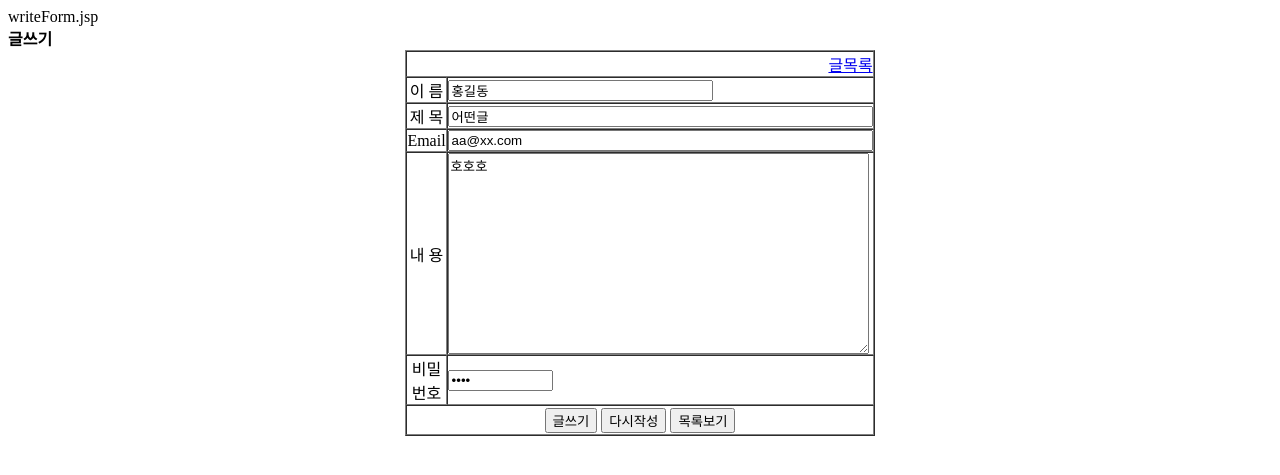
Repository: uj06134/Metabuild_JSP
Page: http://localhost/06_Board/writeForm.jsp
The author's editor kept a copy of each file at every save. The page is drawn from the files as they stood at one save, then again after the next save.
The browser window is 1280 px wide. The pictures show the whole page.
The page is served by Tomcat 9. Other server files are loaded and not shown.

Above is the page before, as saved 2025-09-15 03:12:01.

### 06_Board/src/main/webapp/writeForm.jsp
<%@ page language="java" contentType="text/html; charset=UTF-8"
    pageEncoding="UTF-8"%>

writeForm.jsp<br>

<b>글쓰기</b> <br>
		<form method="post" name="writeform" action="writePro.jsp" onsubmit="return writeSave()">
			<table width="450" border="1" cellspacing="0" cellpadding="0" align="center">
				<tr>
					<td align="right" colspan="2">
						<a href="list.jsp"> 글목록</a>
					</td>
				</tr>
				<tr>
					<td width="150" align="center">이 름</td>
					<td width="300" align="left">
					<input type="text" size="30" maxlength="10"	name="writer" value="홍길동">
					</td>
				</tr>

				<tr>
					<td width="150" align="center">제 목</td>
					<td width="300" align="left">
						<input type="text" size="50" maxlength="50" name="subject"
								value="어떤글">
					</td>
				</tr>

				<tr>
					<td width="150" align="center">Email</td>
					<td width="300" align="left">
					<input type="text" size="50" maxlength="30"	name="email"
							value="aa@xx.com"></td>
				</tr>

				<tr>
					<td width="150" align="center">내 용</td>
					<td width="300" align="left">
						<textarea name="content" id="abc" rows="13" cols="50">호호호</textarea>

					</td>
				</tr>
				<tr>
					<td width="150" align="center">비밀번호</td>
					<td width="300" align="left">
						<input type="password" size="10" maxlength="12"	name="passwd"
								value="1234">
					</td>
				</tr>
				<tr>
					<td colspan=2 align="center" height="30">
						<input	type="submit" value="글쓰기">
						<input type="reset"	value="다시작성">
						<input type="button" value="목록보기"	OnClick="window.location='list.jsp'">
					</td>
				</tr>
			</table>
		</form>

Loaded but not shown: 06_Board/src/main/webapp/js/jquery.js (library)

After the next save:
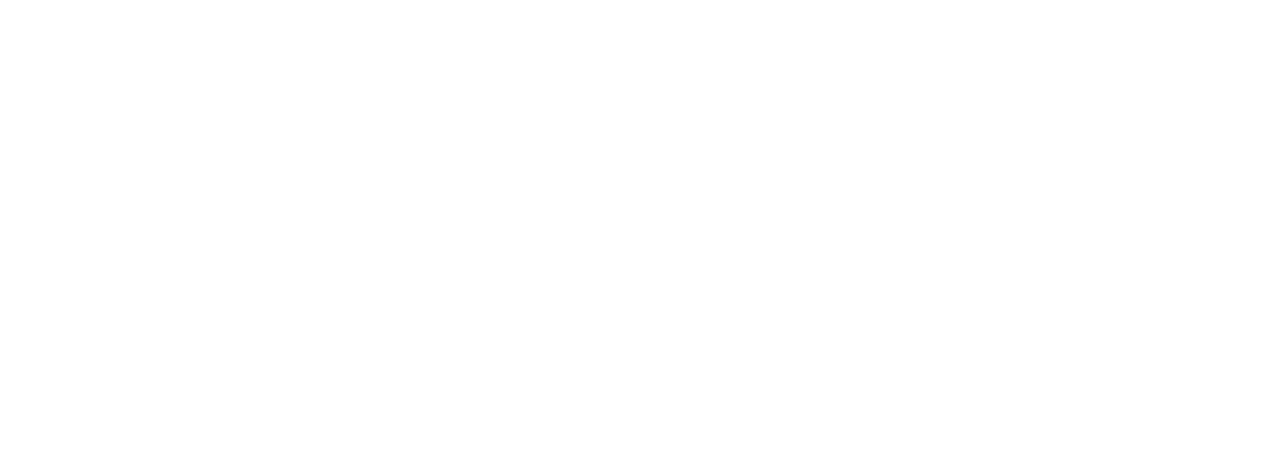
Saved 25 s later.
--- a/06_Board/src/main/webapp/writeForm.jsp
+++ b/06_Board/src/main/webapp/writeForm.jsp
@@ -1,6 +1,7 @@
 <%@ page language="java" contentType="text/html; charset=UTF-8"
     pageEncoding="UTF-8"%>
-
+<script type="text/javascript" src="js/jquery.js"></script>
+<script type="text/j
 writeForm.jsp<br>
 
 <b>글쓰기</b> <br>

After the 3 saves that followed:
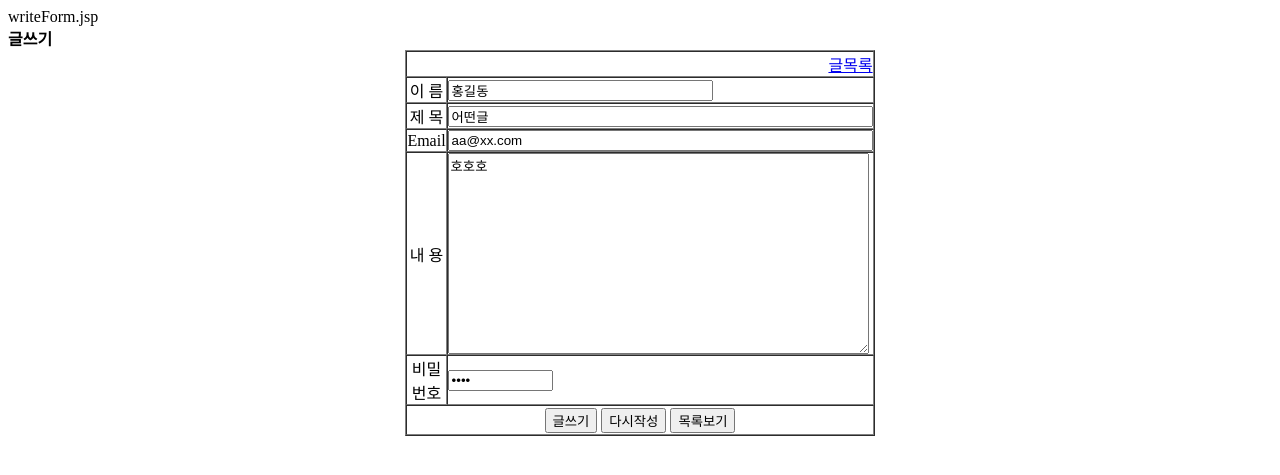
The 3 saves are shown as one change because 1 left the picture as it was and some came seconds apart.
The last was saved 12 s later.
--- a/06_Board/src/main/webapp/writeForm.jsp
+++ b/06_Board/src/main/webapp/writeForm.jsp
@@ -1,7 +1,9 @@
 <%@ page language="java" contentType="text/html; charset=UTF-8"
     pageEncoding="UTF-8"%>
 <script type="text/javascript" src="js/jquery.js"></script>
-<script type="text/j
+<script type="text/javascript">
+
+</script>
 writeForm.jsp<br>
 
 <b>글쓰기</b> <br>
